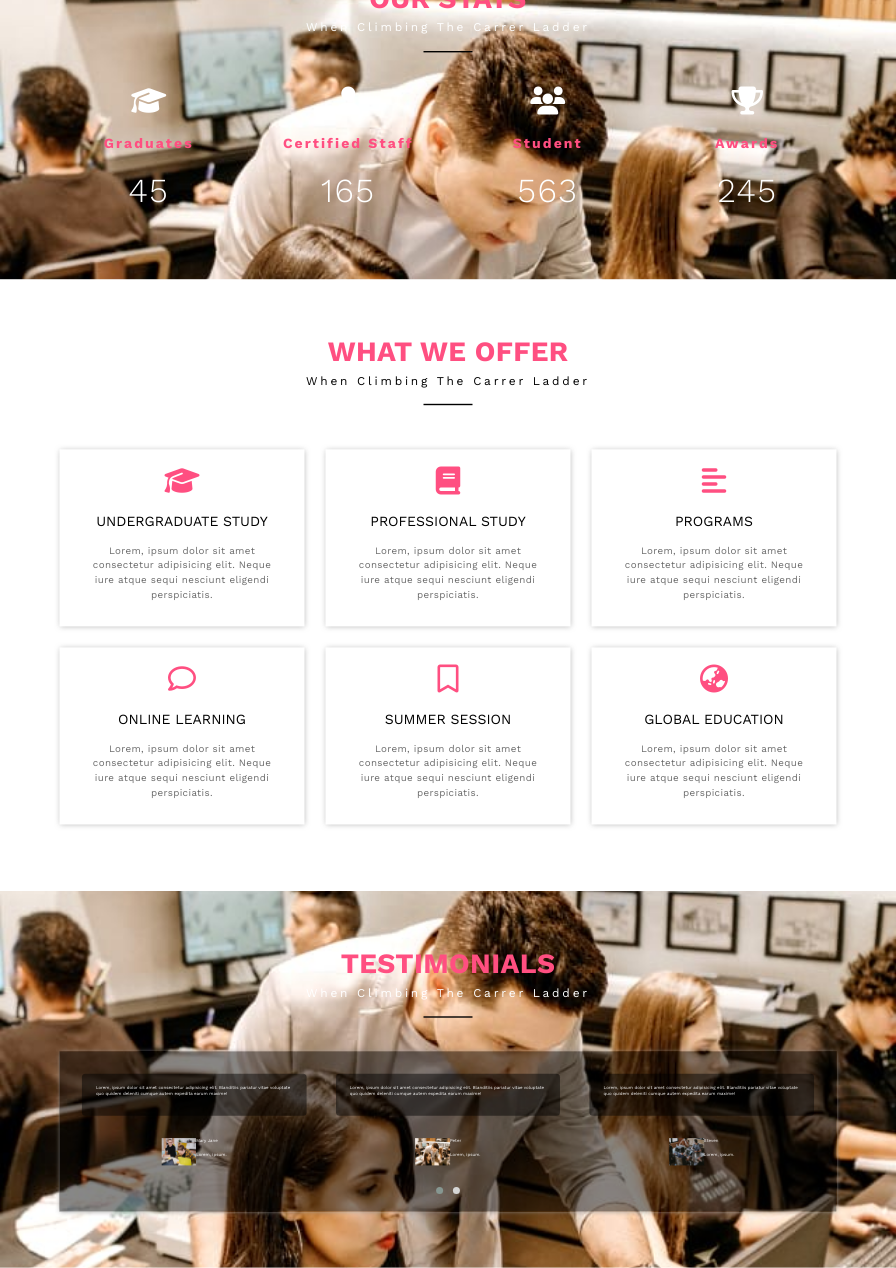
Repository: tudo1611/BC44_BOOTSTRAP_B7_INSTRUCTION_DO-TRUNG-TU
Page: index.html
The author's editor kept a copy of each file at every save. The page is drawn from the files as they stood at one save, then again after a run of saves.
The browser window is 1280 px wide. The pictures show the part of the page from y = 1907 to 3827 px (the page is 3718 px tall before and 3827 px after), at 70% of full size.
Backgrounds fixed to the window are drawn as part of the page.

Above is the page before, as saved 2023-01-20 14:38:20.

After the next 4 saves:
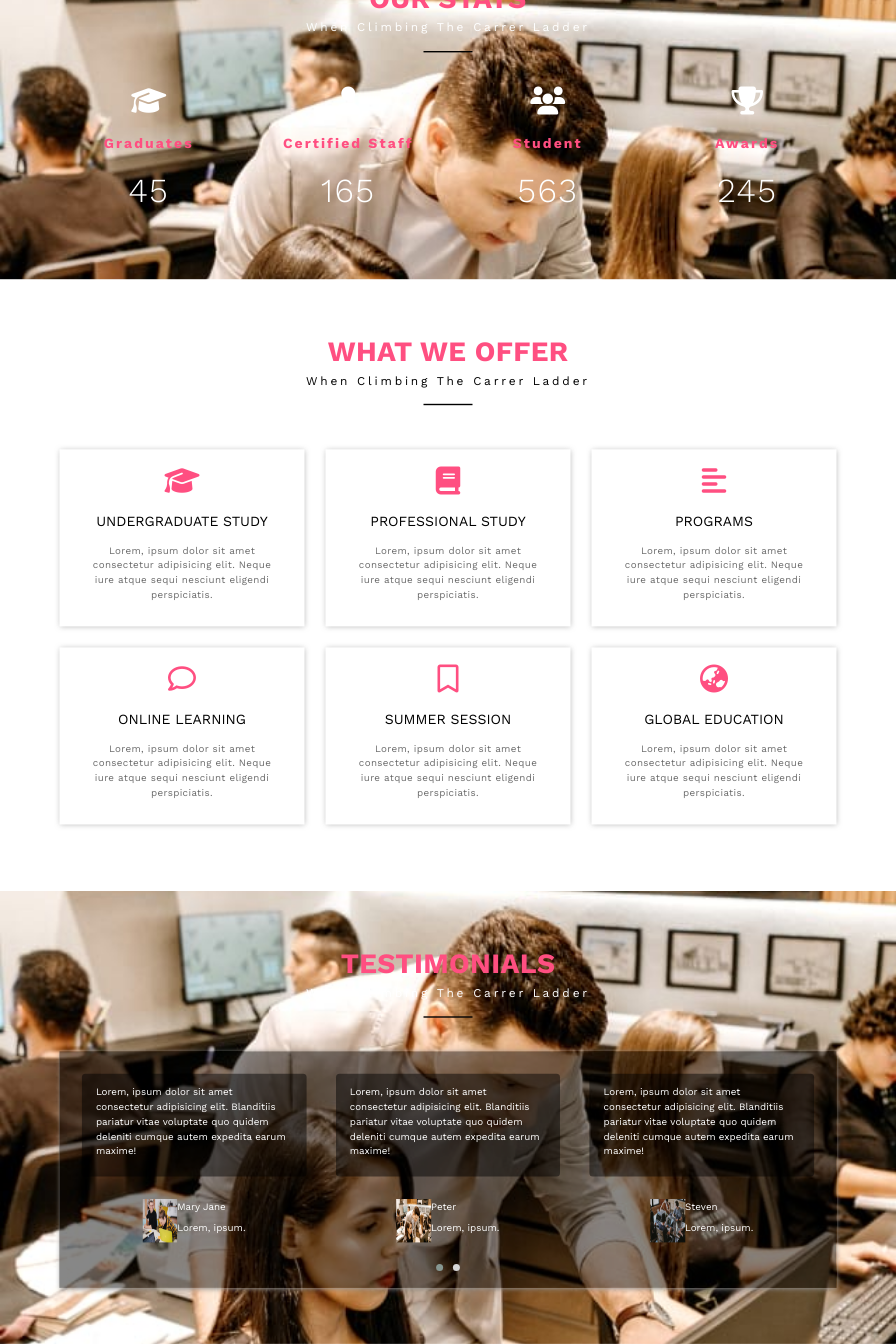
The 4 saves are shown as one change because they came seconds apart.
The last was saved 45 s later.
--- a/css/index.css
+++ b/css/index.css
@@ -279,3 +279,6 @@ html, body{
     width: 55%;
     margin: 3.2rem auto 0;
 }
+.feedback__content p{
+    font-size: 1.4rem;
+}

After the save that followed:
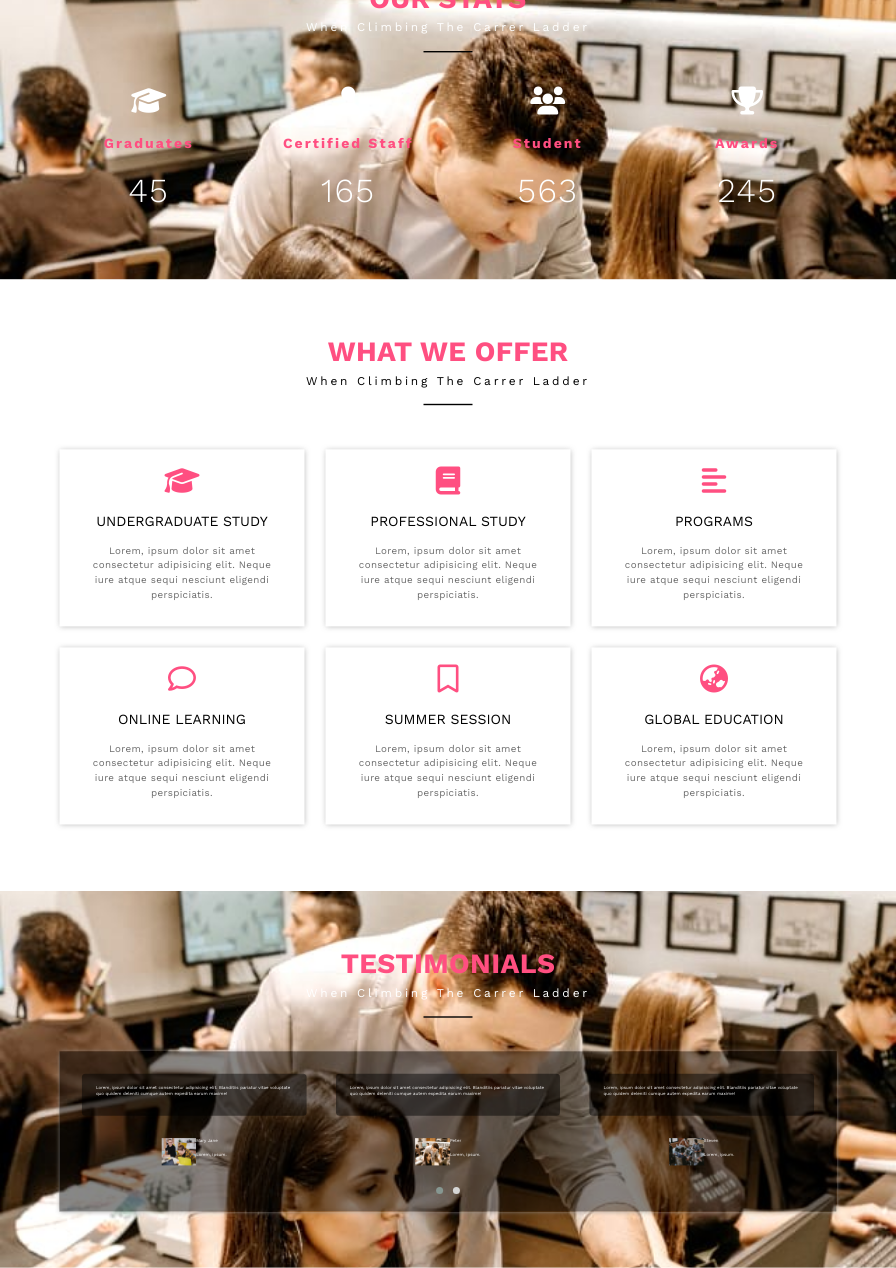
Saved 37 s later.
--- a/css/index.css
+++ b/css/index.css
@@ -279,6 +279,3 @@ html, body{
     width: 55%;
     margin: 3.2rem auto 0;
 }
-.feedback__content p{
-    font-size: 1.4rem;
-}
